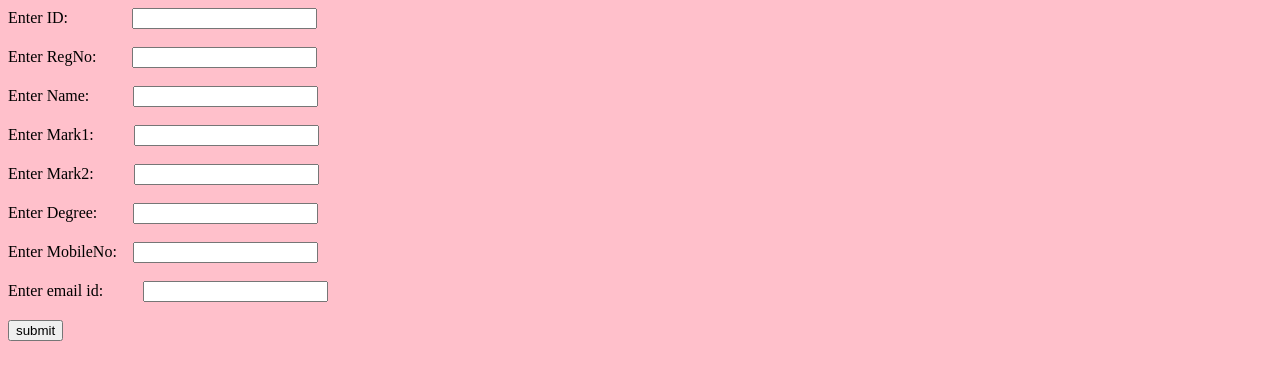
Repository: venkataswamyIppe/HiberntePracticeProblems
Page: http://localhost/HibernateIntegrateWithServlet/Welcome.jsp
An editor plug-in stored every save of this project. The page is shown before and after the next save, followed by the edit.
The browser window is 1280 px wide. The pictures show the whole page.
The page is served by Tomcat 9. Other server files are loaded and not shown.

Above is the page before, as saved 2017-01-30 17:18:59.

### HibernateIntegrateWithServlet/WebContent/Welcome.jsp
<%@ page language="java" contentType="text/html; charset=ISO-8859-1"
    pageEncoding="ISO-8859-1"%>

<html>
<head>
<meta http-equiv="Content-Type" content="text/html; charset=ISO-8859-1">
<title>Insert title here</title>
</head>
<body bgcolor="pink">
<form name="form1" method="post" action="Home">

Enter ID:&nbsp;&nbsp;&nbsp;&nbsp;&nbsp;&nbsp;&nbsp;&nbsp;&nbsp;&nbsp;&nbsp;&nbsp;&nbsp;&nbsp;&nbsp;&nbsp;<input type="text" name="id"></input><br/><br/>
Enter RegNo:&nbsp;&nbsp;&nbsp;&nbsp;&nbsp;&nbsp;&nbsp;&nbsp;&nbsp;<input type="text" name="regno"></input><br/><br/>
Enter Name:&nbsp;&nbsp;&nbsp;&nbsp;&nbsp;&nbsp;&nbsp;&nbsp;&nbsp;&nbsp;&nbsp;<input type="text" name="name"></input><br/><br/>
Enter Mark1:&nbsp;&nbsp;&nbsp;&nbsp;&nbsp;&nbsp;&nbsp;&nbsp;&nbsp;&nbsp;<input type="text" name="mark1"></input><br/><br/>
Enter Mark2:&nbsp;&nbsp;&nbsp;&nbsp;&nbsp;&nbsp;&nbsp;&nbsp;&nbsp;&nbsp;<input type="text" name="mark2"></input><br/><br/>
Enter Degree:&nbsp;&nbsp;&nbsp;&nbsp;&nbsp;&nbsp;&nbsp;&nbsp;&nbsp;<input type="text" name="degree"></input><br/><br/>
Enter MobileNo:&nbsp;&nbsp;&nbsp;&nbsp;<input type="text" name="mobNo"></input><br/><br/>
Enter email id:&nbsp;&nbsp;&nbsp;&nbsp;&nbsp;&nbsp;&nbsp;&nbsp;&nbsp;&nbsp;<input type="text" name="mail"></input><br/><br/>
<input type="submit" value="submit" name="submit"></form>
</body>
</html>

After the next save:
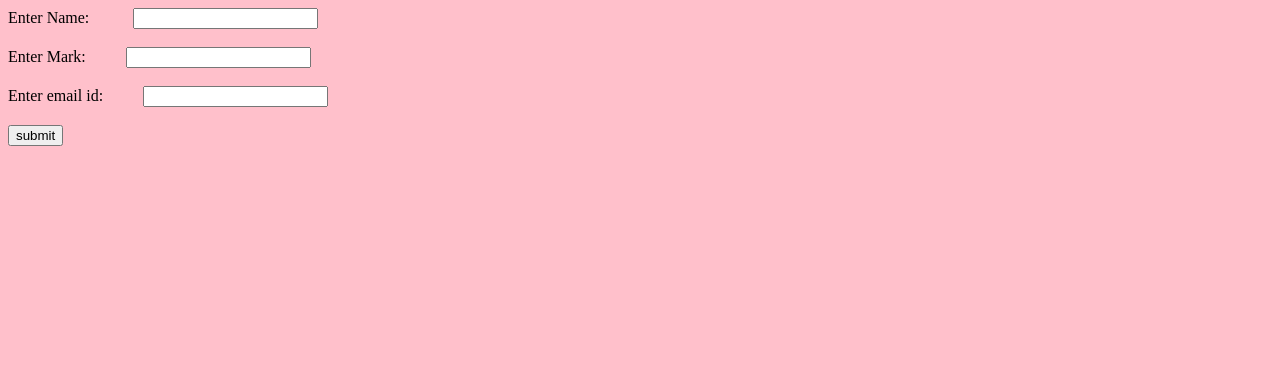
Saved 49 s later.
--- a/HibernateIntegrateWithServlet/WebContent/Welcome.jsp
+++ b/HibernateIntegrateWithServlet/WebContent/Welcome.jsp
@@ -9,13 +9,8 @@
 <body bgcolor="pink">
 <form name="form1" method="post" action="Home">
 
-Enter ID:&nbsp;&nbsp;&nbsp;&nbsp;&nbsp;&nbsp;&nbsp;&nbsp;&nbsp;&nbsp;&nbsp;&nbsp;&nbsp;&nbsp;&nbsp;&nbsp;<input type="text" name="id"></input><br/><br/>
-Enter RegNo:&nbsp;&nbsp;&nbsp;&nbsp;&nbsp;&nbsp;&nbsp;&nbsp;&nbsp;<input type="text" name="regno"></input><br/><br/>
 Enter Name:&nbsp;&nbsp;&nbsp;&nbsp;&nbsp;&nbsp;&nbsp;&nbsp;&nbsp;&nbsp;&nbsp;<input type="text" name="name"></input><br/><br/>
-Enter Mark1:&nbsp;&nbsp;&nbsp;&nbsp;&nbsp;&nbsp;&nbsp;&nbsp;&nbsp;&nbsp;<input type="text" name="mark1"></input><br/><br/>
-Enter Mark2:&nbsp;&nbsp;&nbsp;&nbsp;&nbsp;&nbsp;&nbsp;&nbsp;&nbsp;&nbsp;<input type="text" name="mark2"></input><br/><br/>
-Enter Degree:&nbsp;&nbsp;&nbsp;&nbsp;&nbsp;&nbsp;&nbsp;&nbsp;&nbsp;<input type="text" name="degree"></input><br/><br/>
-Enter MobileNo:&nbsp;&nbsp;&nbsp;&nbsp;<input type="text" name="mobNo"></input><br/><br/>
+Enter Mark:&nbsp;&nbsp;&nbsp;&nbsp;&nbsp;&nbsp;&nbsp;&nbsp;&nbsp;&nbsp;<input type="text" name="mark1"></input><br/><br/>
 Enter email id:&nbsp;&nbsp;&nbsp;&nbsp;&nbsp;&nbsp;&nbsp;&nbsp;&nbsp;&nbsp;<input type="text" name="mail"></input><br/><br/>
 <input type="submit" value="submit" name="submit"></form>
 </body>
